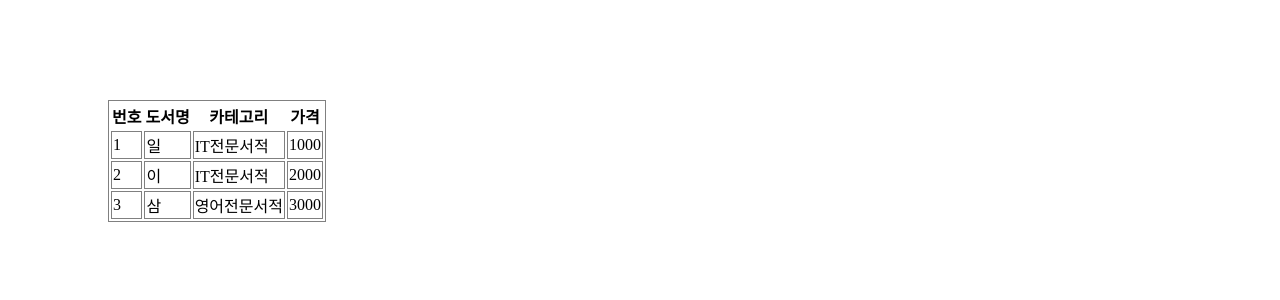
Repository: phoresis92/KITRI_JSP
Page: http://localhost/eljstl2/product.do
The author's editor kept a copy of each file at every save. The page is drawn from the files as they stood at one save, then again after the next save.
The browser window is 1280 px wide. The pictures show the whole page.
The page is served by Tomcat 9. Other server files are loaded and not shown.

Above is the page before, as saved 2018-12-20 07:12:18.

### JSP_workspace/eljstl2/WebContent/productlistresult.jsp
<%@ page import="dto.Product"%>
<%@ page import="java.util.ArrayList"%>
<%@ page language="java" contentType="text/html; charset=UTF-8"
	pageEncoding="UTF-8"%>
<%@ taglib prefix="c" uri="http://java.sun.com/jsp/jstl/core"%>
<!DOCTYPE html>
<html>
<head>
<meta charset="UTF-8">
<title>Insert title here</title>

<style type="text/css">
td {
	border: 1px solid gray;
}
</style>

</head>
<body>

	<%-- 	<%
		ArrayList<Product> list = (ArrayList<Product>) request.getAttribute("PROD");
		Product p1 = list.get(0);
		Product p2 = list.get(1);
		Product p3 = list.get(2);
	%>

	<table style="border: 1px solid gray;">
		<tr>
			<th>번호</th>
			<th>도서명</th>
			<th>카테고리</th>
			<th>가격</th>
		</tr>
		<%
			for (Product p : list) {
		%>
		<tr>
			<td><%=p.getProd_no()%></td>
			<td><%=p.getProd_name()%></td>
			<td><%=p.getProd_cate()%></td>
			<td><%=p.getProd_price()%></td>
		</tr>
		<%
			}
		%>

	</table> --%>

	<c:set var="list" value="${ PROD }" />
	<table style="border: 1px solid gray; margin: 100px;"">
		<tr>
			<th>번호</th>
			<th>도서명</th>
			<th>카테고리</th>
			<th>가격</th>
		</tr>

		<c:forEach items="${ list }" var="prod" varStatus="status">
			<tr>
				<td>${prod.prod_no}</td>
				<td>${prod.prod_name}</td>
				<td>${prod.prod_cate.cate_name}</td>
				<td>${prod.prod_price}</td>
			</tr>
		</c:forEach>

	</table>

</body>
</html>

### JSP_workspace/eljstl2/src/control/ProductListServlet.java
package control;

import java.io.IOException;
import java.util.ArrayList;
import java.util.List;

import javax.servlet.RequestDispatcher;
import javax.servlet.ServletException;
import javax.servlet.annotation.WebServlet;
import javax.servlet.http.HttpServlet;
import javax.servlet.http.HttpServletRequest;
import javax.servlet.http.HttpServletResponse;

import dto.Category;
import dto.Product;

@WebServlet("/product.do")
public class ProductListServlet extends HttpServlet {
	private static final long serialVersionUID = -5727566417040289456L;

	@Override
	protected void doGet(HttpServletRequest req, HttpServletResponse resp) throws ServletException, IOException {

		List<Product> list = new ArrayList<>();

		Category cate = new Category("it", "IT전문서적");

		Product p1 = new Product("1", "일", cate, 1000);
		list.add(p1);
		Product p2 = new Product("2", "이", cate, 2000);
		list.add(p2);

		Category cate1 = new Category("en", "영어전문서적");
		Product p3 = new Product("3","삼", cate1, 3000);
		list.add(p3);

		req.setAttribute("PROD", list);
		String path = "/productlistresult.jsp";
		RequestDispatcher rd = req.getRequestDispatcher(path);
		rd.forward(req, resp);
	}



}

### JSP_workspace/eljstl2/src/dto/Category.java
package dto;

public class Category {

	private String cate_no;
	private String cate_name;

	public Category() {
		super();
	}

	public Category(String cate_no, String cate_name) {
		super();
		this.cate_no = cate_no;
		this.cate_name = cate_name;
	}



	@Override
	public String toString() {
		return cate_name;
	}

	public String getCate_no() {
		return cate_no;
	}
	public void setCate_no(String cate_no) {
		this.cate_no = cate_no;
	}
	public String getCate_name() {
		return cate_name;
	}
	public void setCate_name(String cate_name) {
		this.cate_name = cate_name;
	}

}

### JSP_workspace/eljstl2/src/dto/Product.java
package dto;

public class Product {

	private String prod_no;
	private String prod_name;
	private Category prod_cate;
	private int prod_price;



	@Override
	public String toString() {
		return "Product [prod_no=" + prod_no + ", prod_name=" + prod_name + ", prod_cate=" + prod_cate + ", prod_price="
				+ prod_price + "]";
	}

	public Product(String prod_no, String prod_name, Category prod_cate, int prod_price) {
		super();
		this.prod_no = prod_no;
		this.prod_name = prod_name;
		this.prod_cate = prod_cate;
		this.prod_price = prod_price;
	}

	public Product() {
		super();
	}

	public String getProd_no() {
		return prod_no;
	}
	public void setProd_no(String prod_no) {
		this.prod_no = prod_no;
	}
	public String getProd_name() {
		return prod_name;
	}
	public void setProd_name(String prod_name) {
		this.prod_name = prod_name;
	}
	public Category getProd_cate() {
		return prod_cate;
	}
	public void setProd_cate(Category prod_cate) {
		this.prod_cate = prod_cate;
	}
	public int getProd_price() {
		return prod_price;
	}
	public void setProd_price(int prod_price) {
		this.prod_price = prod_price;
	}

}

After the next save:
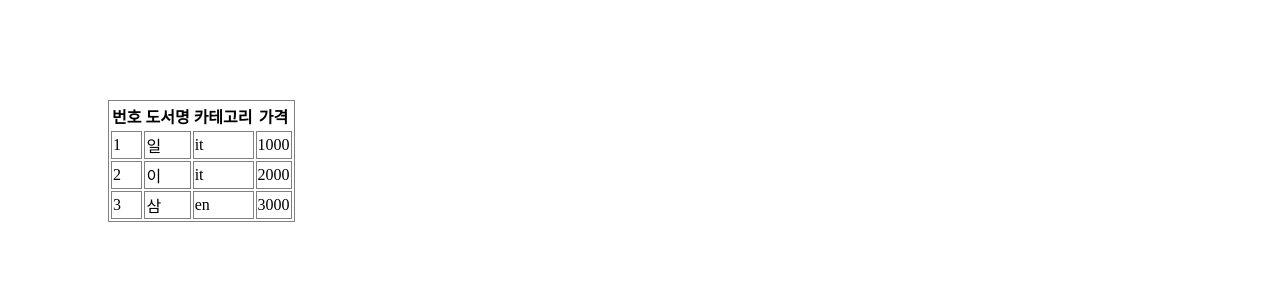
Saved 10 s later.
--- a/JSP_workspace/eljstl2/WebContent/productlistresult.jsp
+++ b/JSP_workspace/eljstl2/WebContent/productlistresult.jsp
@@ -60,7 +60,7 @@
 			<tr>
 				<td>${prod.prod_no}</td>
 				<td>${prod.prod_name}</td>
-				<td>${prod.prod_cate.cate_name}</td>
+				<td>${prod.prod_cate.cate_no}</td>
 				<td>${prod.prod_price}</td>
 			</tr>
 		</c:forEach>

After the save that followed:
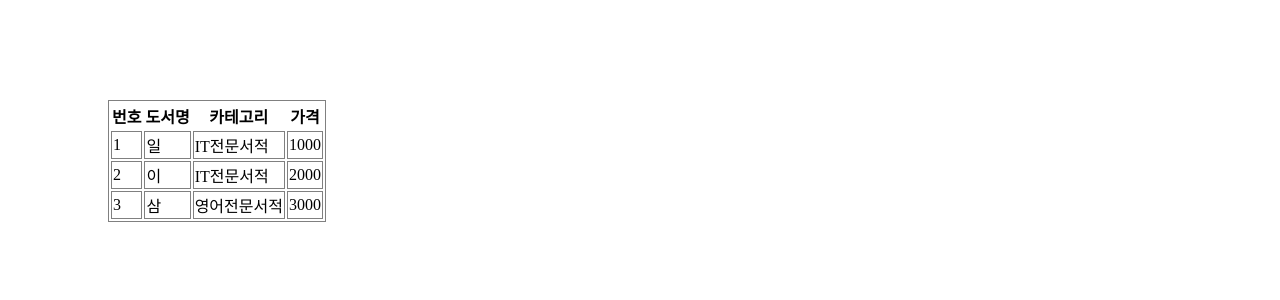
Saved 8 s later.
--- a/JSP_workspace/eljstl2/WebContent/productlistresult.jsp
+++ b/JSP_workspace/eljstl2/WebContent/productlistresult.jsp
@@ -60,7 +60,7 @@
 			<tr>
 				<td>${prod.prod_no}</td>
 				<td>${prod.prod_name}</td>
-				<td>${prod.prod_cate.cate_no}</td>
+				<td>${prod.prod_cate.cate_name}</td>
 				<td>${prod.prod_price}</td>
 			</tr>
 		</c:forEach>
